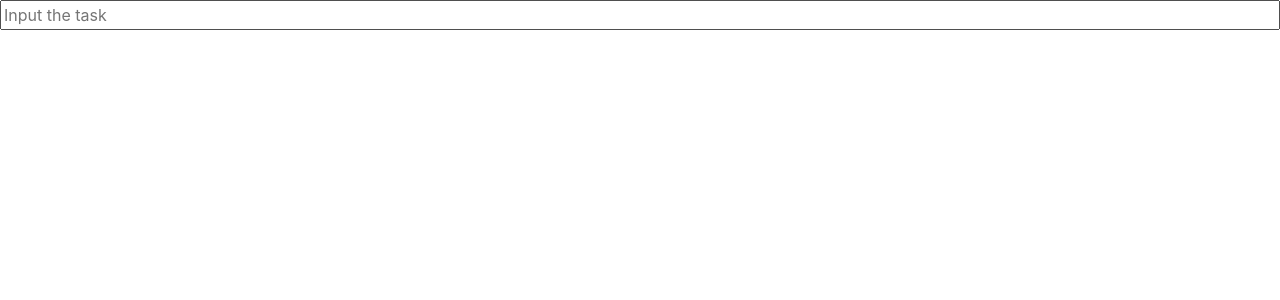
Repository: 12Arc/todoapp
Page: / (app in client/)
These files come from the project's save history. The page is drawn as it stood at one moment and after the next save; the edit follows.
The browser window is 1280 px wide. The pictures show the whole page.
Some web libraries are served in a nearby version. The project was rebuilt for these pictures with package versions that can differ from the ones it lists, and the page was loaded fresh each time. Also part of the build but not shown: client/src/App.css.

Above is the page before, as saved 2024-05-12 18:03:06.

After the next save:
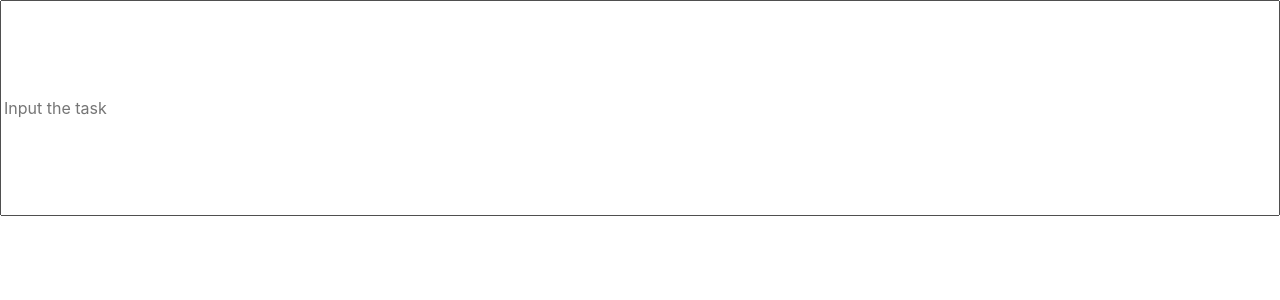
Saved 63 s later.
--- a/client/src/styles.css
+++ b/client/src/styles.css
@@ -13,6 +13,7 @@
   display: flex;
   justify-content: center;
   align-items: center;
+  height: 30vh;
 }
 
 body{

After the save that followed:
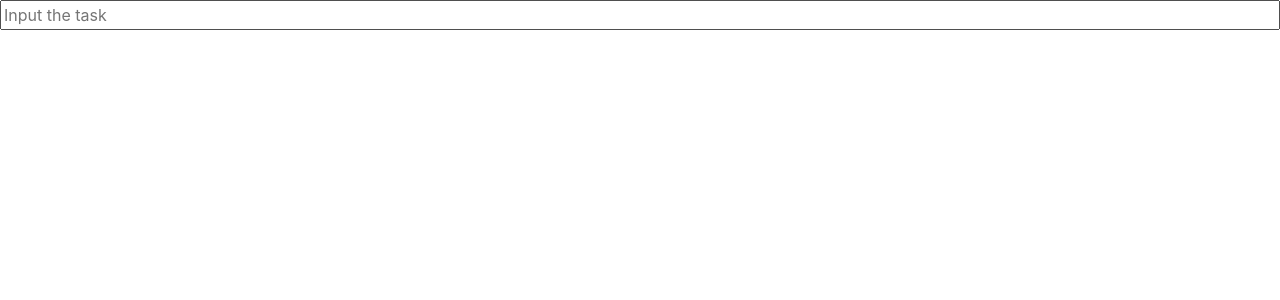
Saved 8 s later.
--- a/client/src/styles.css
+++ b/client/src/styles.css
@@ -13,7 +13,7 @@
   display: flex;
   justify-content: center;
   align-items: center;
-  height: 30vh;
+
 }
 
 body{
